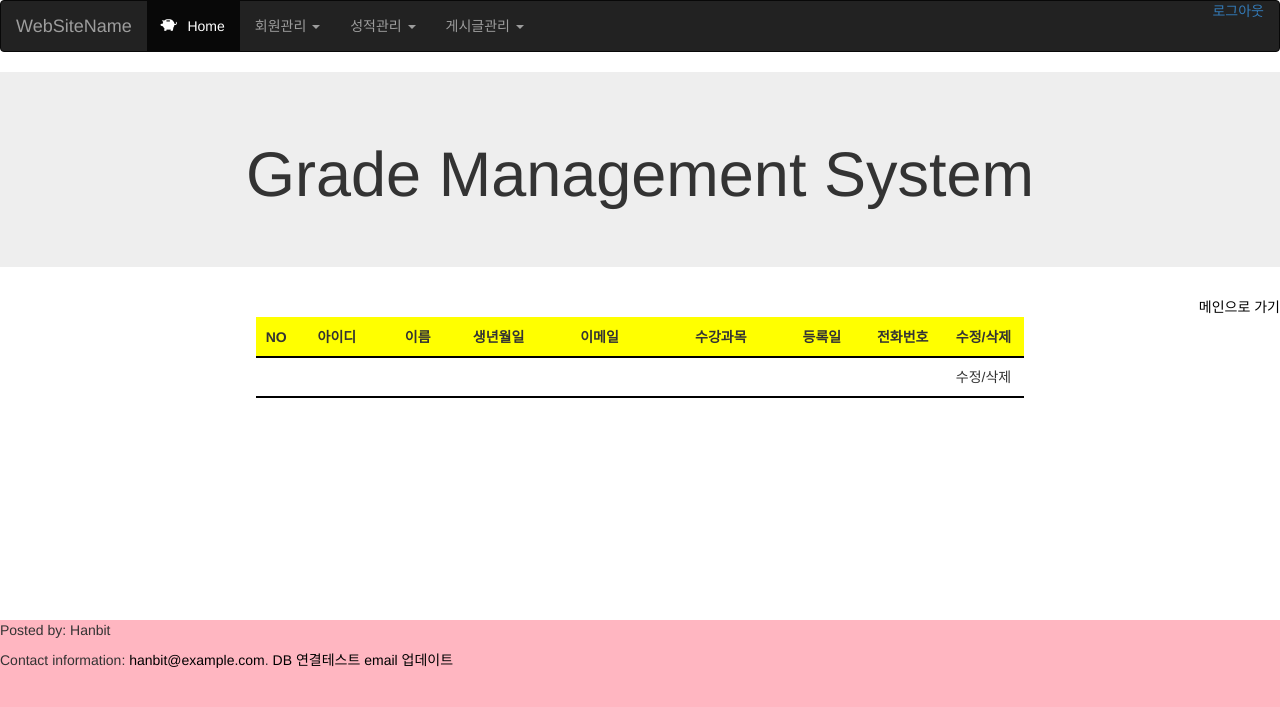
Repository: jeonghyunseok/GMSUI
Page: http://localhost/GMS2/WEB-INF/view/member/member_list.jsp
The author's editor kept a copy of each file at every save. The page is drawn from the files as they stood at one save, then again after the next save.
The browser window is 1280 px wide. The pictures show the whole page.
Some web libraries are served in a nearby version. The page is served by Tomcat 9. Nobody is signed in. Other server files are loaded and not shown. The template is opened directly, without the code that normally fills it, so the values that code supplies are empty.

Above is the page before, as saved 2017-08-18 02:09:24.

### GMS2/WebContent/WEB-INF/view/member/member_list.jsp
<%@ page language="java" contentType="text/html; charset=UTF-8"
	pageEncoding="UTF-8"%>

<jsp:include page="../common/common_head.jsp"/>

<div id="container">
	<table id="member_list_tab">
		<tr>
		<th style="width: 5%;">NO</th>
		<th style="width: 10%;">아이디</th>
		<th style="width: 10%;">이름</th>
		<th style="width: 10%;">생년월일</th>
		<th style="width: 15%;">이메일</th>
		<th style="width: 15%;">수강과목</th>
		<th style="width: 10%;">등록일</th>
		<th style="width: 10%;">전화번호</th>
		<th style="width: 10%;">수정/삭제</th>
		</tr>
		<c:forEach var="i" items="${requestScope.list}">
		<tr>
		<td>${i.num}</td>
		<td>${i.id}</td>
		<td >${i.name}</td>
		<td >${i.ssn }</td>
		<td >${i.email}</td>
		<td >${i.title}</td>
		<td >${i.regdate }</td>
		<td >${i.phone }</td>
		<td>수정/삭제</td>
		</tr>
	</c:forEach>
	</table>
</div>
<jsp:include page="../common/footer.jsp"></jsp:include>

### GMS2/WebContent/WEB-INF/view/common/common_head.jsp
<%@ page language="java" contentType="text/html; charset=UTF-8" pageEncoding="UTF-8"%>

<!DOCTYPE html>
<html>
<head>
<meta charset="UTF-8" name="viewport"
	content="width=device-width, initial-scale=1.0">
<title>Student detail</title>

<link rel="stylesheet" href="${ctx}/resources/css/common.css" />
<link rel="stylesheet" href="${ctx}/resources/css/member.css" />
 <link rel="stylesheet" href="https://maxcdn.bootstrapcdn.com/bootstrap/3.3.7/css/bootstrap.min.css">

 <script src="https://ajax.googleapis.com/ajax/libs/jquery/3.2.0/jquery.min.js"></script>
 <script src="https://maxcdn.bootstrapcdn.com/bootstrap/3.3.7/js/bootstrap.min.js"></script>
</head>
<body>
	<div id="wrapper">
		<header>
	    <jsp:include page="navbar.jsp"></jsp:include>
		<div class="jumbotron text-center">
		<h1>Grade Management System</h1>
        </div>
		</header>
	<a id="go_main" href="/index.jsp">메인으로 가기</a><br />

### GMS2/WebContent/WEB-INF/view/common/navbar.jsp
<%@ page language="java" contentType="text/html; charset=UTF-8" pageEncoding="UTF-8"%>
<nav class="navbar navbar-inverse">
  <div class="container-fluid">
    <div class="navbar-header">
      <a class="navbar-brand" href="#">WebSiteName</a>
    </div>
  	  <ul class="nav navbar-nav">
  	   <li class="active"><a id="nav_move"><span class="glyphicon glyphicon-piggy-bank"></span> &nbsp; Home</a></li>

		<li class="dropdown">
      <a href="#" class="dropdown-toggle"
      	data-toggle="dropdown" role="button"
      	aria-haspopup="true"
      	aria-expanded="false">회원관리 <span class="caret">
      	</span></a>

      	<ul id="navbar_drop_stu" >
   		<li><a >학생추가</a></li>
   		<li><a >학생목록</a></li>
   		<li><a >학생조회</a></li>
   		<li ></li>
   		<li><a >학생삭제</a></li>
      	</ul>
      	</li>

      	<li class="dropdown">
      <a href="#" class="dropdown-toggle"
      	data-toggle="dropdown" role="button"
      	aria-haspopup="true"
      	aria-expanded="false">성적관리 <span class="caret">
      	</span></a>
      	<ul id="navbar_drop_grade">
   		<li><a >성적추가</a></li>
   		<li><a >성적목록</a></li>
   		<li><a >성적조회</a></li>
   		<li ></li>
   		<li><a >성적 삭제</a></li>
      	</ul>
      	</li>

      	<li class="dropdown">
       <a href="#" class="dropdown-toggle"
       	data-toggle="dropdown" role="button"
      	aria-haspopup="true"
      	aria-expanded="false">게시글관리 <span class="caret">
      	</span></a>
      	<ul id="navbar_drop_board" >
   		<li><a >게시글추가</a></li>
   		<li><a >게시글목록</a></li>
   		<li><a >게시글조회</a></li>
   		<li ></li>
   		<li><a >게시글 삭제</a></li>
      	</ul>
      	</li>
   	 </ul>
   		<span class="gms-float-right" style="color:white"> ${sessionScope.user.name} &nbsp;
   		 <a  id="logout" >로그아웃</a></span>
	</div>
</nav>
	<script>

		function logout(dir,page){
		location.href="${ctx}/"+dir+".do?action=move&page="+page;
		return true;
		}

		function moveTo(dir,page){
			location.href="${ctx}/"+dir+".do?action=move&page="+page;
			}

		function deleteTarget(target){
	 		prompt(target+'의 ID?');
	 	}
		function list(dir,page){
			location.href="${ctx}/"+dir+".do?action=list&page="+page;
		}
		function mainLoad(){

			var u1=document.getElementById("main_ul_stu");
		 	var u2=document.getElementById("main_ul_grade");
		 	var u3=document.getElementById("main_ul_board");

		 u1.setAttribute("class","list-group");
		 u2.setAttribute("class","list-group");
		 u3.setAttribute("class","list-group");

		 	var u1c=u1.children;
		 	var u2c=u2.children;
		 	var u3c=u3.children;

		 	var i;
		 	for(i=0;i<u1c.length;i++){
		 		u1c[i].setAttribute("class","list-group-item");
		 	}

		 	for(i=0;i<u2c.length;i++){
		 		u2c[i].setAttribute("class","list-group-item");
		 	}
		 	for(i=0;i<u3c.length;i++){
		 		u3c[i].setAttribute("class","list-group-item");
		 	}

		 	u1c[0].setAttribute("onclick","moveTo('member','member_add')")
		 	u1c[1].setAttribute("onclick","list('member','member_list')")
		 	u1c[2].setAttribute("onclick","moveTo('member','member_search')")
		 	u1c[3].setAttribute("onclick","moveTo('member','member_update')")
		 	u1c[4].setAttribute("onclick","deleteTarget('학생')")

		 	u2c[0].setAttribute("onclick","moveTo('grade','grade_add')")
		 	u2c[1].setAttribute("onclick","list('grade','grade_list')")
			u2c[2].setAttribute("onclick","moveTo('grade','grade_detail')")
		 	u2c[3].setAttribute("onclick","moveTo('grade','grade_update')")
		 	u2c[4].setAttribute("onclick","deleteTarget('성적')");

		 	u3c[0].setAttribute("onclick","moveTo('board','board_add')")
		 	u3c[1].setAttribute("onclick","list('board','board_list')")
		 	u3c[2].setAttribute("onclick","moveTo('board','board_update')")
		 	u3c[3].setAttribute("onclick","deleteTarget('게시글')")

		}

		function navbarLoad(){

			var u1=document.getElementById("navbar_drop_stu");
		 	var u2=document.getElementById("navbar_drop_grade");
		 	var u3=document.getElementById("navbar_drop_board");

		 	var u1c=u1.children;
		 	var u2c=u2.children;
		 	var u3c=u3.children;

		 u1.setAttribute("class","dropdown-menu");
		 u2.setAttribute("class","dropdown-menu");
		 u3.setAttribute("class","dropdown-menu");


			 var nav_move=document.getElementById("nav_move");
		 	nav_move.setAttribute("onclick","moveTo('common','main')");

		 	var logout=document.getElementById("logout");
			 logout.setAttribute("onclick","moveTo('common','index')");


		 	u1c[0].setAttribute("onclick","moveTo('member','member_add')")
		 	u1c[1].setAttribute("onclick","moveTo('member','member_list')")
		 	u1c[2].setAttribute("onclick","moveTo('member','member_search')")
		 	u1c[3].setAttribute("role","separator");
		 	u1c[3].setAttribute("class","divider");
		 	u1c[4].setAttribute("onclick","deleteTarget('학생')")

		 	u2c[0].setAttribute("onclick","moveTo('grade','grade_add')")
		 	u2c[1].setAttribute("onclick","moveTo('grade','grade_list')")
		 	u2c[2].setAttribute("onclick","moveTo('grade','grade_detail')")
			u2c[3].setAttribute("role","separator");
		 	u2c[3].setAttribute("class","divider");
		 	u2c[4].setAttribute("onclick","deleteTarget('성적')");

		 	u3c[0].setAttribute("onclick","moveTo('board','board_add')")
		 	u3c[1].setAttribute("onclick","moveTo('board','board_list')")
		 	u3c[2].setAttribute("onclick","moveTo('board','board_update')")
		 	u3c[3].setAttribute("role","separator");
		 	u3c[3].setAttribute("class","divider");
		 	u3c[4].setAttribute("onclick","deleteTarget('게시글')")

		}
		  	window.onload=navbarLoad();


	</script>

### GMS2/WebContent/WEB-INF/view/common/footer.jsp
<%@ page language="java" contentType="text/html; charset=UTF-8" pageEncoding="UTF-8"%>
<!doctype html>
	<footer>
		<div>
				<p>Posted by: Hanbit</p>
				<p>
					Contact information: <a href="mailto:someone@example.com">
						hanbit@example.com</a>.
				<a href="../jdbctest.jsp">DB 연결테스트</a>
				<a href="../util/update_email.jsp">email 업데이트</a>
				</p>
	</div>
		</footer>
			</div>
					</body>
			</html>

### GMS2/WebContent/resources/css/common.css
@CHARSET "UTF-8";
html, body{height: 100%; margin: 0; padding: 0; border: 0;}
table{border-collapse:collapse;}
#wrapper{position: relative; min-height:100%;padding-bottom:100px;}
footer{position: absolute; bottom: 0; left: 0; width: 100%;  height: 100px;  background-color: lightpink;}
fotter div{width:80%;}
#go_main{float:right}
#container{width:100%; margin:0 auto; }
#text-cen{text-align: center}
#title{text-align:center; margin:0 auto;}
#text-cen{text-align:center;}
.gms-text-center{text-align:center;}
.gms-border-black{border: 1px solid black;}
.gms-width-30pro{width:30%;}
.gms-width-100pro{width:100%;}
.gms-text-deconone{text-decoration: none}
.gms-margine-auto{margin:0 auto}
.gms-list-none{list-style-type:none}
.gms-display-inline{display: inline-block;}
.gms-color-green{color:green}
.gms-backcolor-yellow{background-color:yellow}
.gms-color-blue{color:blue}
.gms-backcolor-red{background-color:#9afafa}
.gms-float-right{float:right}


/* unvisited link */
a:link { color: black;}
/* visited link */
a:visited {color: green;}
/* mouse over link */
a:hover {color: red;}
/* selected link */
a:active {color: blue;}

### GMS2/WebContent/resources/css/member.css
@CHARSET "UTF-8";
@IMPORT "common.css";
/*index.jsp*/
#index-tab{width:75%; margin:80px auto;width:80%;border:2px solid blue}
#index-tab-tr>td{border: 1px solid black; width:30%;padding:30px; text-align:center; text-decoration: none}
#index-tab-tr>th{border: 1px solid black; width:30%; text-align:center; text-decoration: none}
.index-ul{width: 200px;text-decoration: none;list-style-type:none}
.index-ul>li{border: 1px solid black;}
.index-ul>li>a{text-decoration: none; list-style-type:none}
#wrapper{width:100%;}
#index-h1{text-align:center; margin:0 auto;font-size:80px;}
/*login.jsp*/
#login_img{width: 200px;height: 200px; text-align:center;}
#login_id{font-size:20px;width:108px;display: inline-block;}
#login_pass{font-size:20px;display: inline-block;}
#login_botton{width: 150px; background-color:yellow;}
#cancel_botton{width: 150px; background-color:red;}
/*join.jsp*/
#join_id{font-size:20px;width:108px;display: inline-block;}
#join_pass{font-size:20px;display: inline-block;}
#join_name{font-size:20px;width:108px;display: inline-block;}
#join_birth{font-size:15px;width:60px;display: inline-block;}
#join_yes_btn{width:140px ; background-color:green;margin:0 auto;}
#join_no_btn{width:140px ; background-color:red;margin:0 auto;}
#join_form{margin:0 auto;}
/*login_list.jsp*/
#member_list_tab {width:60%;margin:0 auto;}
#member_list_tab th{border-bottom:2px solid black;height:40px;text-align:center;background-color:yellow;}
#member_list_tab td{border-bottom:2px solid black;height:40px;text-align:center;}
/*member_search*/
#member_search_box{width:300px;margin:0 auto;}
/*member_detail*/
#member_detail_tab {width: 60%;margin:0 auto;}
#member_detail_tab tr{border:2px solid black;height:40px;text-align:center;}
#member_detail_tab td{border:2px solid black;height:40px;text-align:center;}

After the next save:
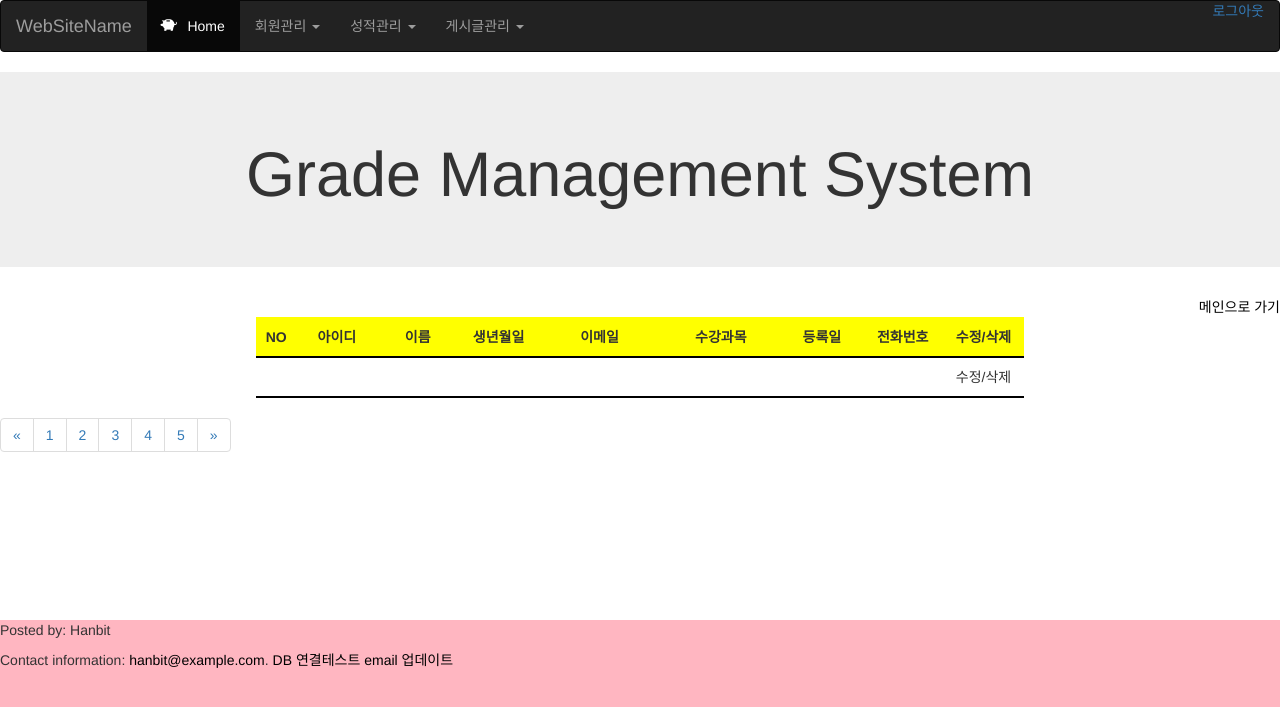
Saved 2 h 59 min later.
--- a/GMS2/WebContent/WEB-INF/view/member/member_list.jsp
+++ b/GMS2/WebContent/WEB-INF/view/member/member_list.jsp
@@ -28,7 +28,26 @@
 		<td >${i.phone }</td>
 		<td>수정/삭제</td>
 		</tr>
-	</c:forEach>
-	</table>
+		</c:forEach>
+		</table>
+		<nav aria-label="Page navigation">
+	  <ul class="pagination">
+	    <li>
+	      <a href="#" aria-label="Previous">
+	        <span aria-hidden="true">&laquo;</span>
+	      </a>
+	    </li>
+	    <li><a href="#">1</a></li>
+	    <li><a href="#">2</a></li>
+	    <li><a href="#">3</a></li>
+	    <li><a href="#">4</a></li>
+	    <li><a href="#">5</a></li>
+	    <li>
+	      <a href="#" aria-label="Next">
+	        <span aria-hidden="true">&raquo;</span>
+	      </a>
+	    </li>
+	  </ul>
+	</nav>
 </div>
 <jsp:include page="../common/footer.jsp"></jsp:include>
